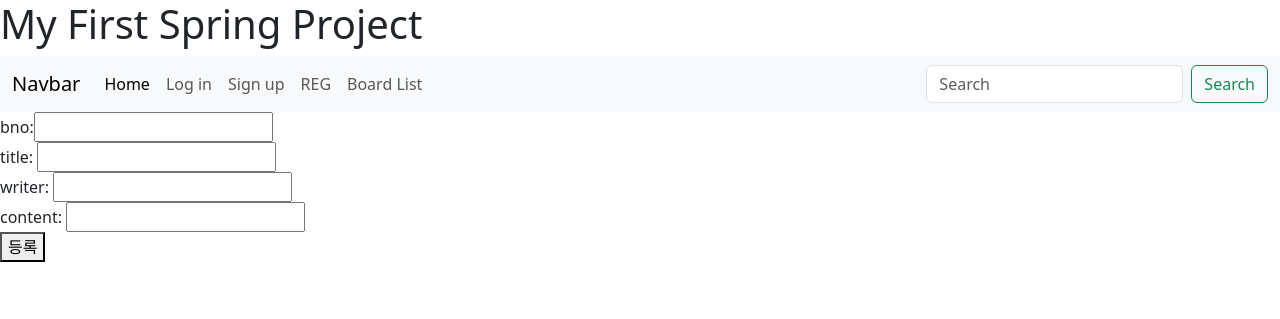
Repository: dfhdfhdfsza/springtest
Page: http://localhost/spring-Test/WEB-INF/views/board/modify.jsp
These files come from the project's save history. The page is drawn as it stood at one moment and after the next save; the edit follows.
The browser window is 1280 px wide. The pictures show the whole page.
The page is served by Tomcat 9. Nobody is signed in. The template is opened directly, without the code that normally fills it, so the values that code supplies are empty.

Above is the page before, as saved 2023-10-16 08:44:13.

After the next save:
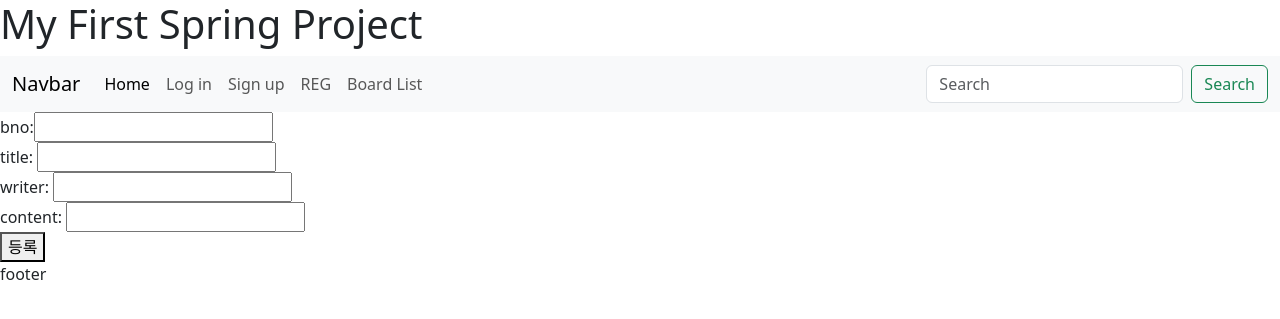
Saved 8 s later.
--- a/spring-Test/src/main/webapp/WEB-INF/views/board/modify.jsp
+++ b/spring-Test/src/main/webapp/WEB-INF/views/board/modify.jsp
@@ -17,5 +17,6 @@
 		content: <input  name="content" value="${bvo.content}"></input> <br>
 		<button type="submit">등록</button> <br>
 	</form>
+	<jsp:include page="../layout/footer.jsp"></jsp:include>
 </body>
 </html>
